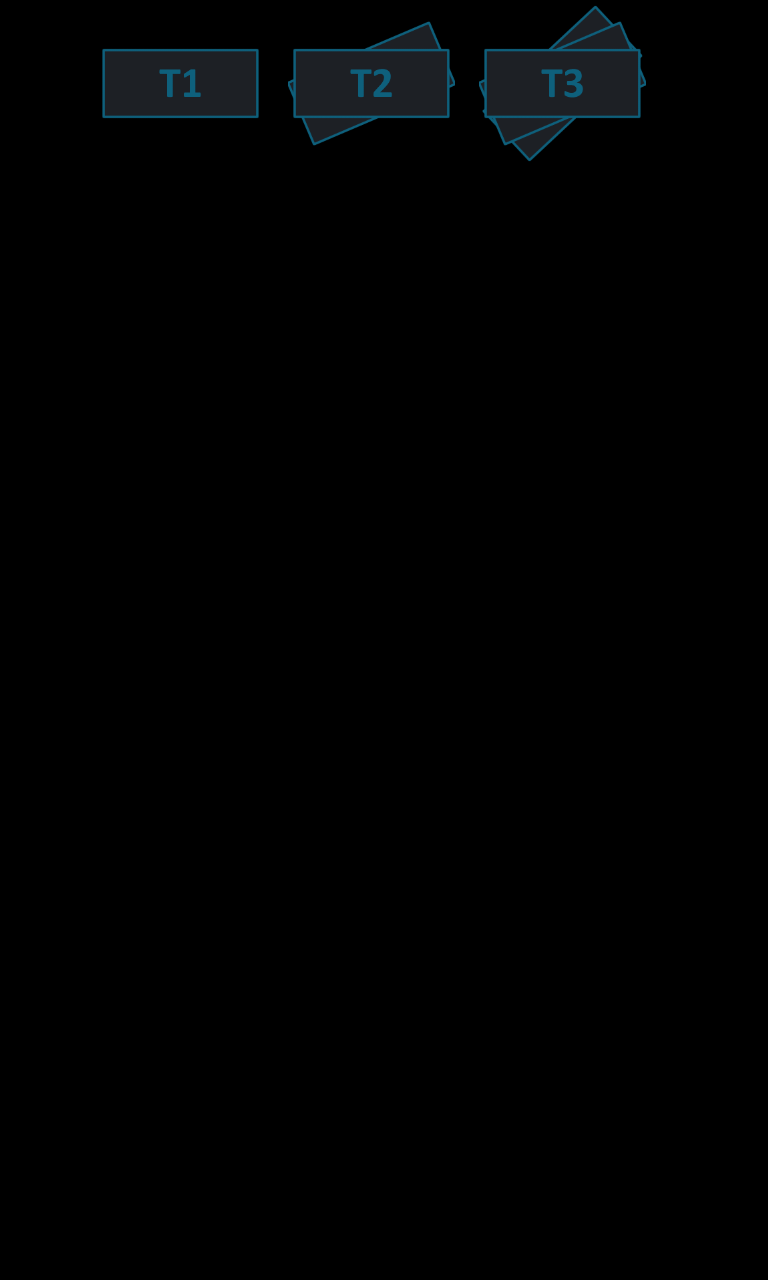
Repository: Nelspike/BusTicketer
Layout: PassengerMode/res/layout/fragment_show_tickets.xml
An editor plug-in stored every save of this project. The layout is shown before and after the next save, followed by the edit.
It is drawn on a 768 x 1280 px phone screen (xhdpi) without system bars, with theme AppTheme; the app's code is not run.

Above is the layout before, as saved 2013-10-19 20:02:48.

After the next save:
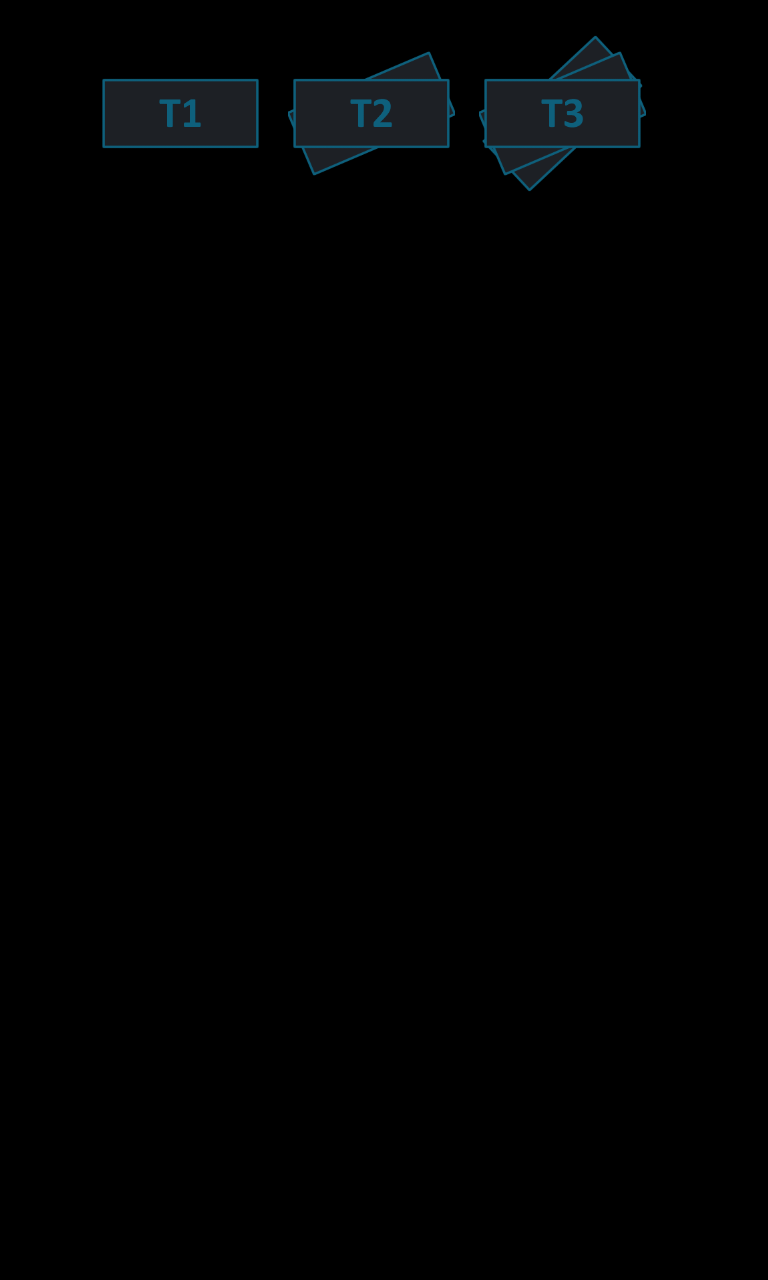
Saved 19 s later.
--- a/PassengerMode/res/layout/fragment_show_tickets.xml
+++ b/PassengerMode/res/layout/fragment_show_tickets.xml
@@ -8,7 +8,8 @@
 	    android:layout_width="match_parent"
 	    android:layout_height="wrap_content"
 	    android:orientation="horizontal"
-	    android:gravity="center">
+	    android:gravity="center"
+	    android:paddingTop="15dp">
 
 	    <RadioButton
 	        android:button="@drawable/t1"

After the save that followed:
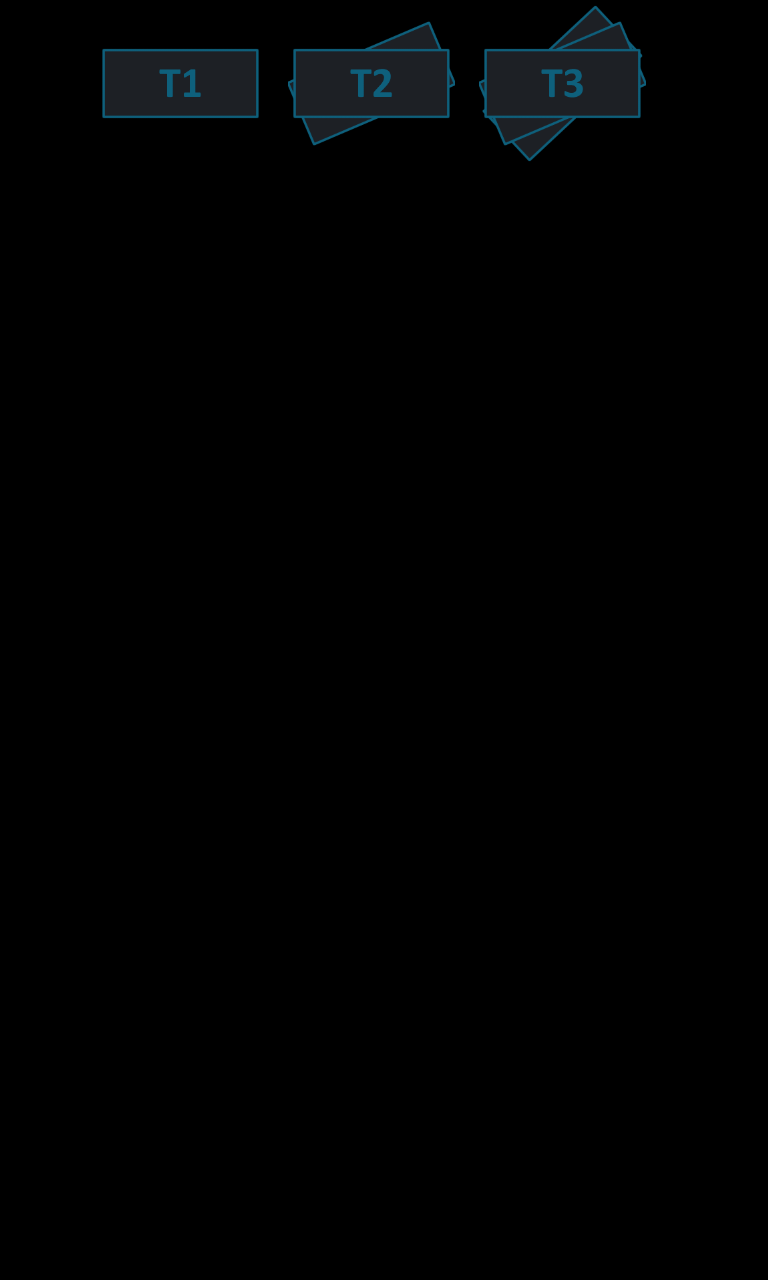
Saved 29 s later.
--- a/PassengerMode/res/layout/fragment_show_tickets.xml
+++ b/PassengerMode/res/layout/fragment_show_tickets.xml
@@ -4,12 +4,15 @@
     android:layout_height="match_parent"
     tools:context=".ShowTicketsFragment" >
 
+    <TextView
+        android:layout_width="match_parent"
+        android:layout_height="wrap_content"/>
+
 	<RadioGroup
 	    android:layout_width="match_parent"
 	    android:layout_height="wrap_content"
 	    android:orientation="horizontal"
-	    android:gravity="center"
-	    android:paddingTop="15dp">
+	    android:gravity="center">
 
 	    <RadioButton
 	        android:button="@drawable/t1"
